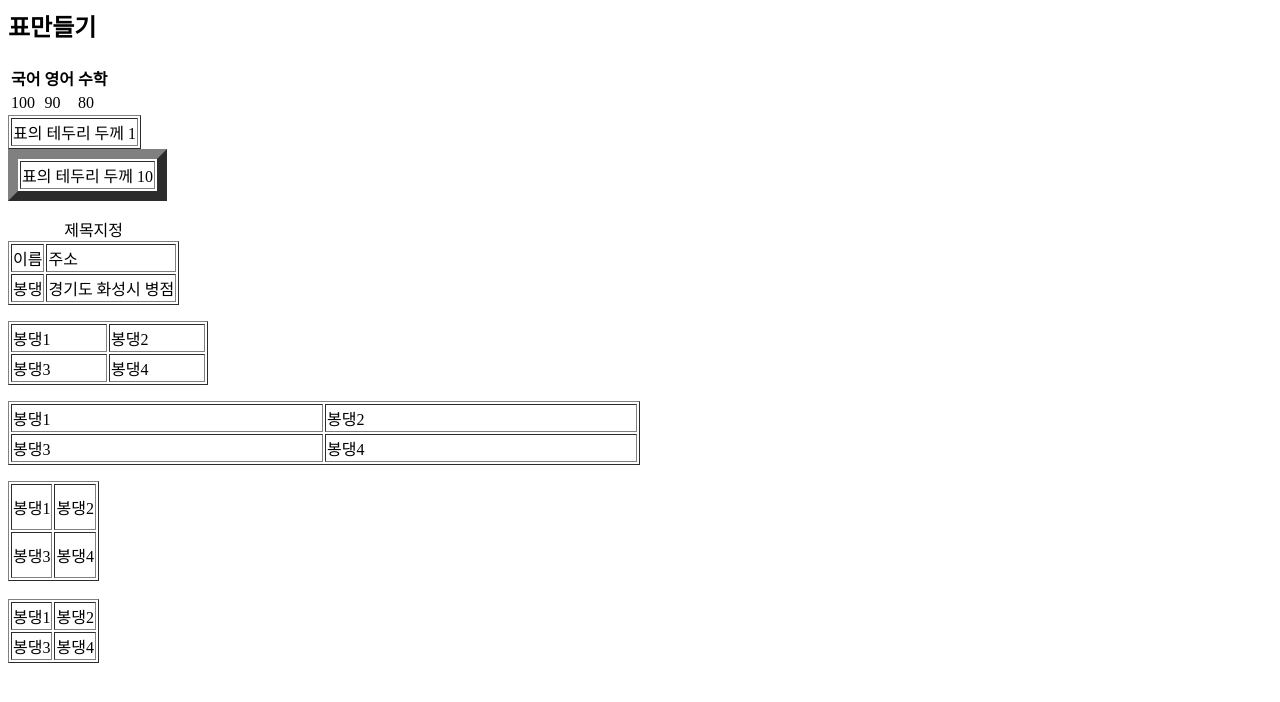
Repository: kisunssong/jsp
Page: http://localhost/test/table.jsp
An editor plug-in stored every save of this project. The page is shown before and after the next save, followed by the edit.
The browser window is 1280 px wide. The pictures show the whole page.
The page is served by Tomcat 9.

Above is the page before, as saved 2020-10-28 14:10:23.

After the next save:
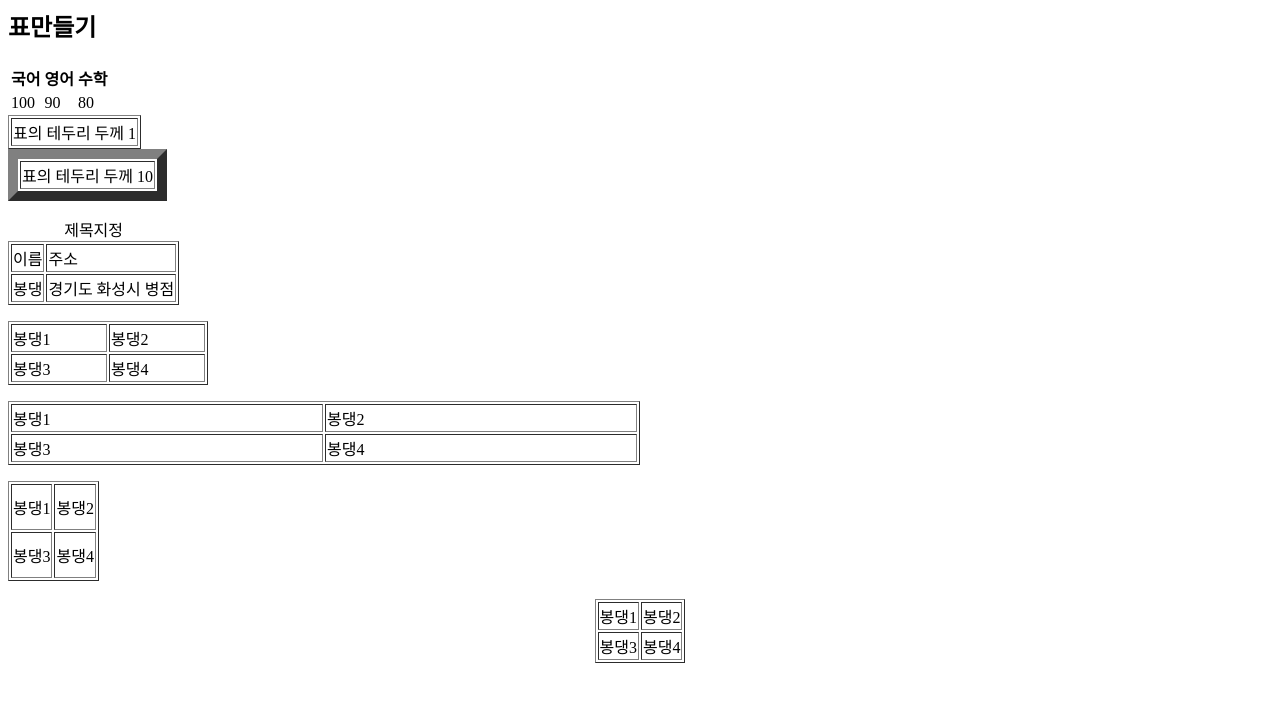
Saved 9 s later.
--- a/test/WebContent/table.jsp
+++ b/test/WebContent/table.jsp
@@ -44,7 +44,7 @@
 <TR><TD>봉댕3<TD>봉댕4</TR>
 </TABLE><BR>
 
-<TABLE BORDER="1" ALIGN="MIDDLE">
+<TABLE BORDER="1" ALIGN="CENTER">
 <TR><TD>봉댕1<TD>봉댕2</TR>
 <TR><TD>봉댕3<TD>봉댕4</TR>
 </TABLE>
